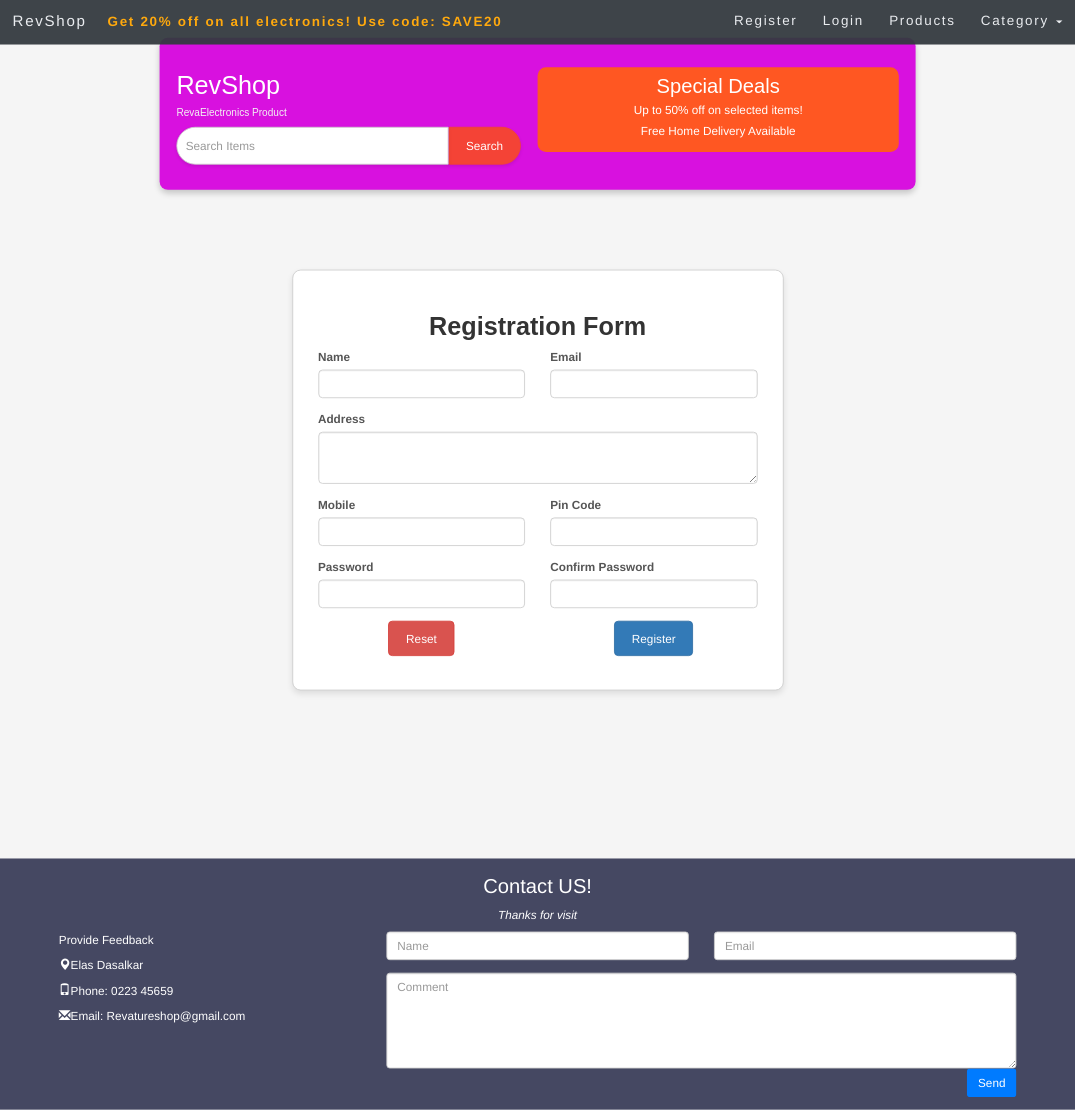
Repository: vilasdasalkar/RevaShop-Project-0
Page: http://localhost/RevShop/register.jsp
These files come from the project's save history. The page is drawn as it stood at one moment and after the next save; the edit follows.
The browser window is 1280 px wide. The pictures show the whole page, at 84% of full size.
The page is served by Tomcat 10.

Above is the page before, as saved 2024-08-31 02:18:44.

After the next save:
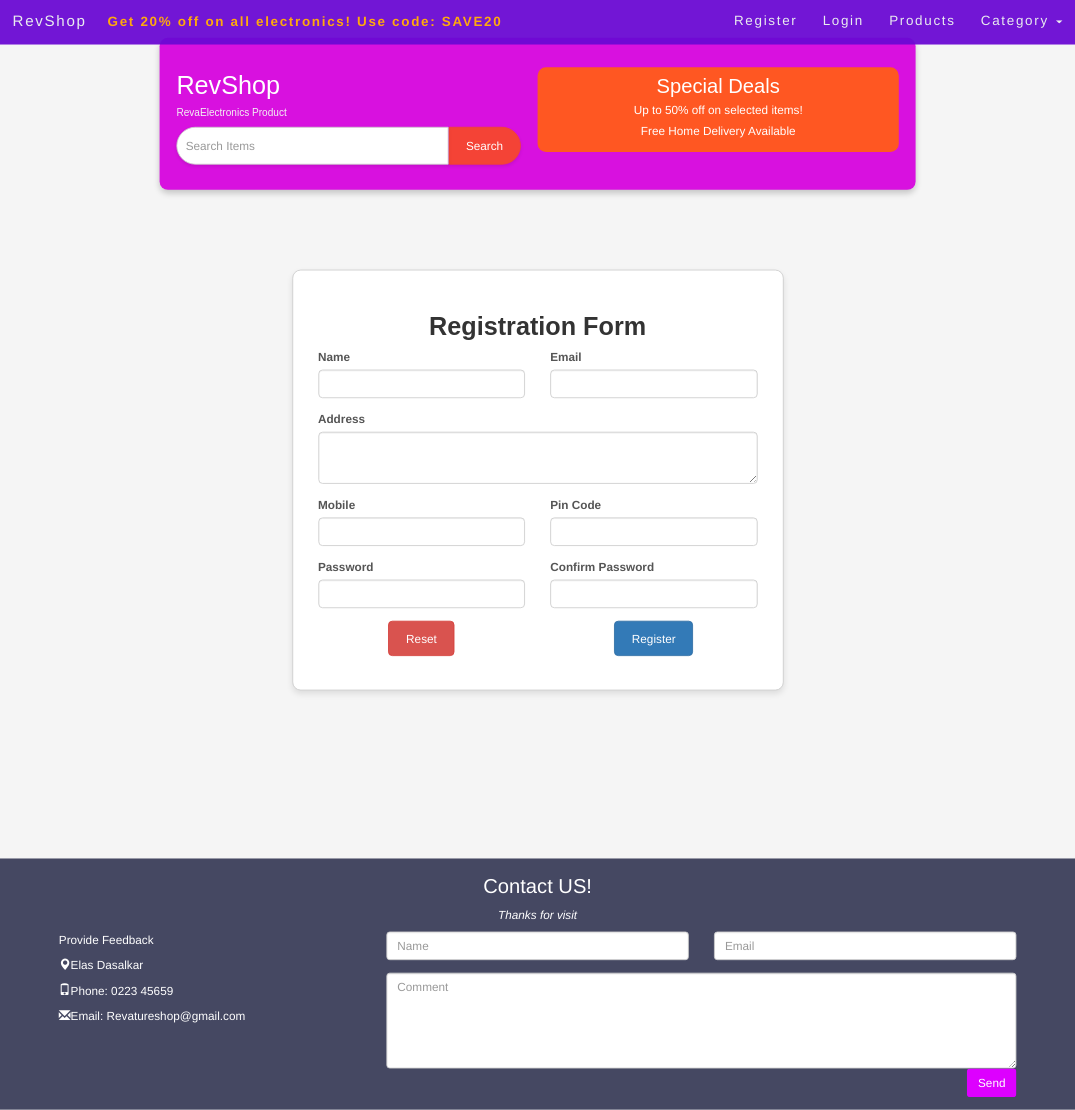
Saved 11 min 34 s later.
--- a/RevShop/src/main/webapp/css/changes.css
+++ b/RevShop/src/main/webapp/css/changes.css
@@ -5,7 +5,7 @@ body {
 /* Navbar Styles */
 .navbar {
     margin-bottom: 0;
-    background-color: #343a40; /* Darker background for the navbar */
+    background-color: #6b0ad3; /* Darker background for the navbar */
     border: 0;
     font-size: 16px; /* Slightly larger font size for better readability */
     letter-spacing: 2px;
@@ -19,7 +19,7 @@ body {
 
 /* Navbar Link Hover */
 .navbar-nav li a:hover {
-    color: #f39c12 !important; /* Orange color for hover effect */
+    color: #c2261b !important; /* Orange color for hover effect */
 }
 
 /* Active Navbar Link */
@@ -41,7 +41,7 @@ body {
 
 /* Dropdown Links */
 .dropdown-menu li a {
-    color: #333 !important; /* Dark color for readability */
+    color: #787272 !important; /* Dark color for readability */
 }
 
 /* Dropdown Hover Links */
@@ -51,18 +51,18 @@ body {
 
 /* Button Styles */
 button {
-    background-color: #007bff; /* Blue background for buttons */
+    background-color: #dd00ff; /* Blue background for buttons */
     color: white;
     font-weight: bold;
-    border: 1px solid #007bff;
+    border: 1px solid #2bff00;
     padding: 10px 20px;
     border-radius: 5px;
 }
 
 button:hover {
-    background-color: #0056b3; /* Darker blue on hover */
+    background-color: #007db3; /* Darker blue on hover */
     color: white;
-    border: 1px solid #0056b3;
+    border: 1px solid #0aa72c;
 }
 
 /* Background Colors */
@@ -97,14 +97,14 @@ button:hover {
 
 /* Price Tag */
 .price {
-    color: #e74c3c; /* Red color for price */
+    color: #0c0e0b; /* Red color for price */
     font-weight: bold;
     font-size: 22px; /* Larger font size for prominence */
 }
 
 /* Product Name */
 .productname {
-    color: #2ecc71; /* Green color for product names */
+    color: #471f86; /* Green color for product names */
     font-size: 18px;
     font-family: 'Arial', sans-serif;
 }
